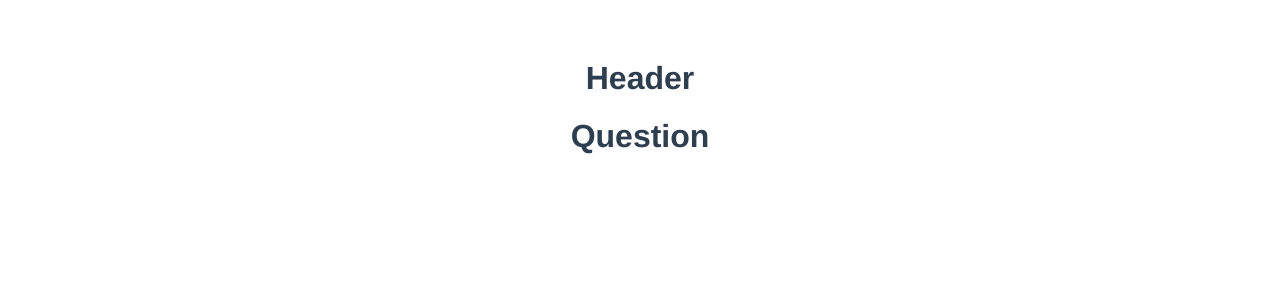
Repository: tokliver/AppVue
Page: /
These files come from the project's save history. The page is drawn as it stood at one moment and after a run of saves; the edit follows.
The browser window is 1280 px wide. The pictures show the whole page.
The project was rebuilt for these pictures with package versions that can differ from the ones it lists, and the page was loaded fresh each time.

Above is the page before, as saved 2019-04-13 09:10:54.

After the next 2 saves:
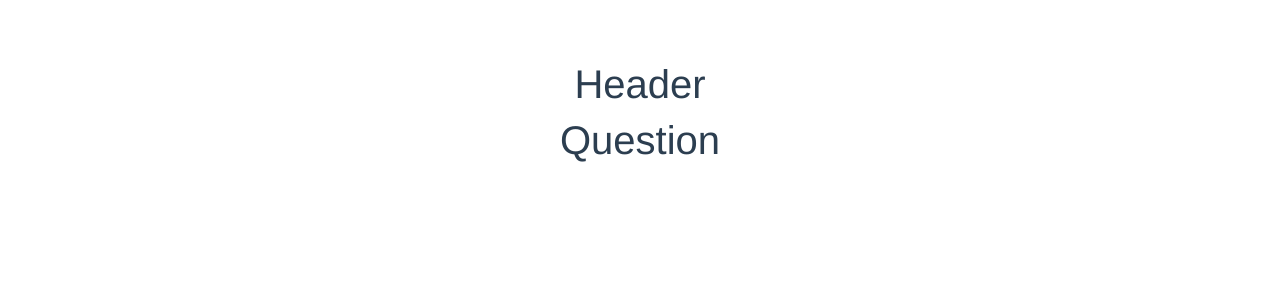
The 2 saves are shown as one change because they came seconds apart.
The last was saved 53 s later.
--- a/src/main.js
+++ b/src/main.js
@@ -2,7 +2,12 @@
 
 import BootstrapVue from 'bootstrap-vue'
 
+import 'bootstrap/dist/css/bootstrap.css'
+import 'bootstrap-vue/dist/bootstrap-vue.css'
+
 import App from './App.vue'
+
+
 
 Vue.use(BootstrapVue)
 
